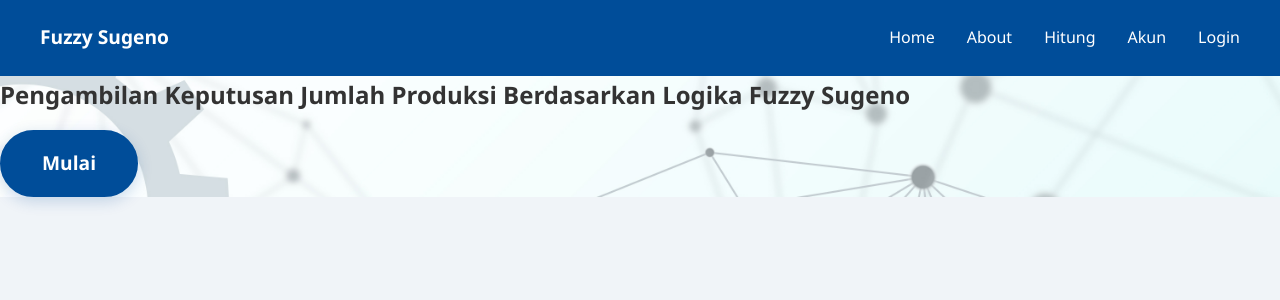
Repository: Senicccc/Defuzzy-Sugeno
Page: http://localhost/
These files come from the project's save history. The page is drawn as it stood at one moment and after a run of saves; the edit follows.
The browser window is 1280 px wide. The pictures show the whole page.
The page is run by PHP 8.4 with error messages shown; the project is at /var/www/html/.

Above is the page before, as saved 2025-06-09 11:14:52.

After the next 3 saves:
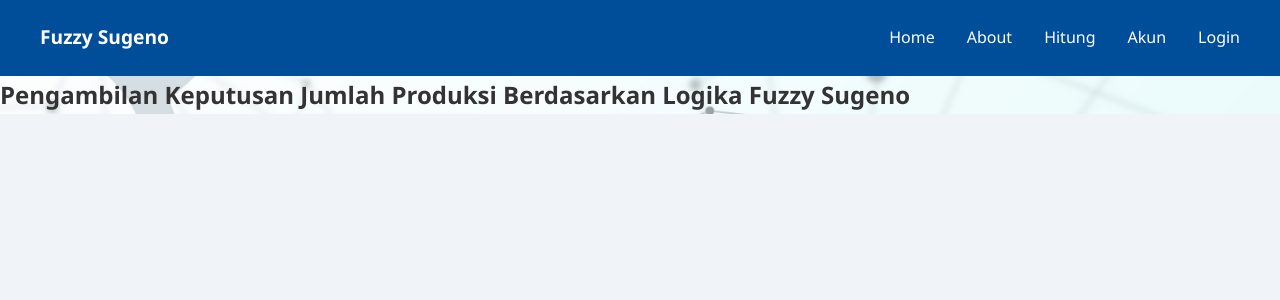
The 3 saves are shown as one change because they came seconds apart.
The last was saved 11 s later.
--- a/index.php
+++ b/index.php
@@ -17,7 +17,7 @@
 
     <section class="about" style="background: url('img/menu-bg.jpg') center center/cover no-repeat;">
         <h1>Pengambilan Keputusan Jumlah Produksi Berdasarkan Logika Fuzzy Sugeno</h1>
-        <a href="form.php" class="start-button">Mulai</a>
+        <p></p>
     </section>
 
 </body>
